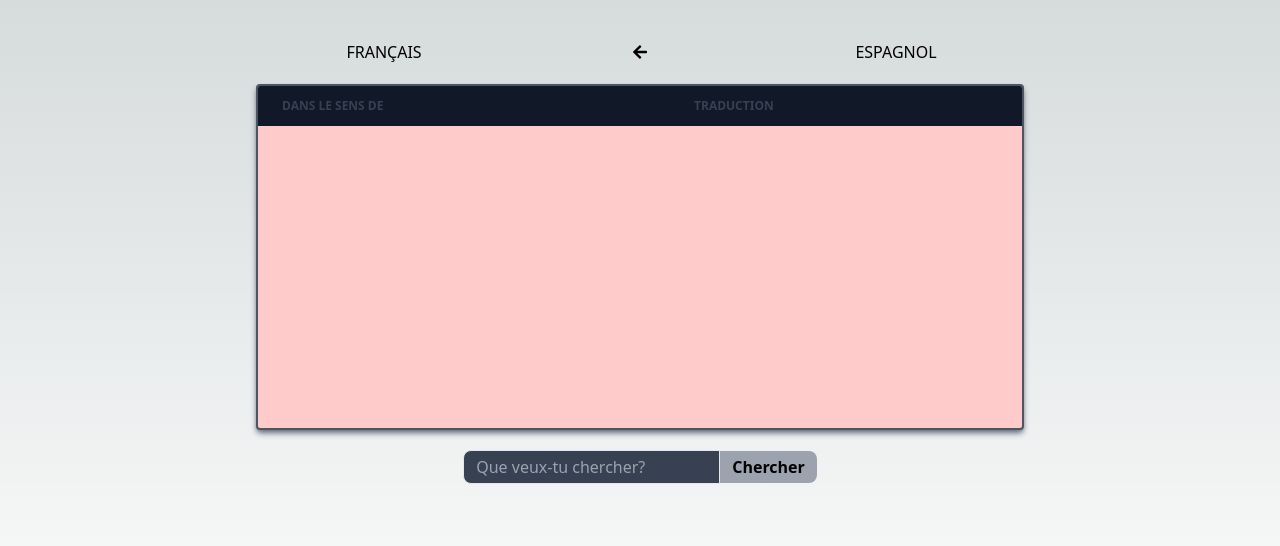
Repository: All-Khwarizmi/Dico
Page: /
The author's editor kept a copy of each file at every save. The page is drawn from the files as they stood at one save, then again after the next save.
The browser window is 1280 px wide. The pictures show the whole page.
The project was rebuilt for these pictures with package versions that can differ from the ones it lists, and the page was loaded fresh each time. The framework's server and built-in components were replaced by stand-ins that run in the browser. Also part of the build but not shown: next.config.js, vite.config.ts.

Above is the page before, as saved 2023-02-17 18:33:48.

After the next save:
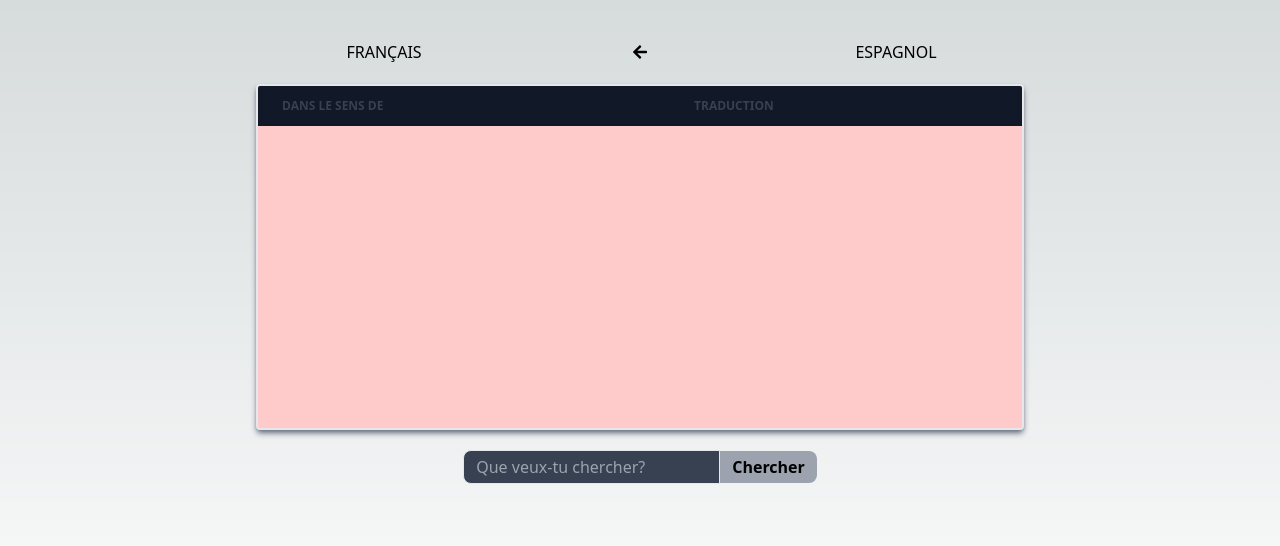
Saved 3 min 22 s later.
--- a/src/app/page.tsx
+++ b/src/app/page.tsx
@@ -108,7 +108,7 @@ export default function Home() {
         )}
       </div>
       <div className='flex h-[80%] flex-col  items-center gap-5'>
-        <div className=' h-[60%] max-h-[80%] w-[60%] overflow-scroll rounded border-2 border-solid border-gray-600 shadow-md shadow-gray-500 bg-red-200'>
+        <div className=' h-[60%] max-h-[80%] w-[60%] overflow-scroll rounded border-2 border-solid dark:border-gray-600 shadow-md shadow-gray-500 bg-red-200'>
           <div className='text-black '>
             <div className=''>
               <table className='  relative w-full text-left text-sm text-gray-500 dark:text-gray-400'>
